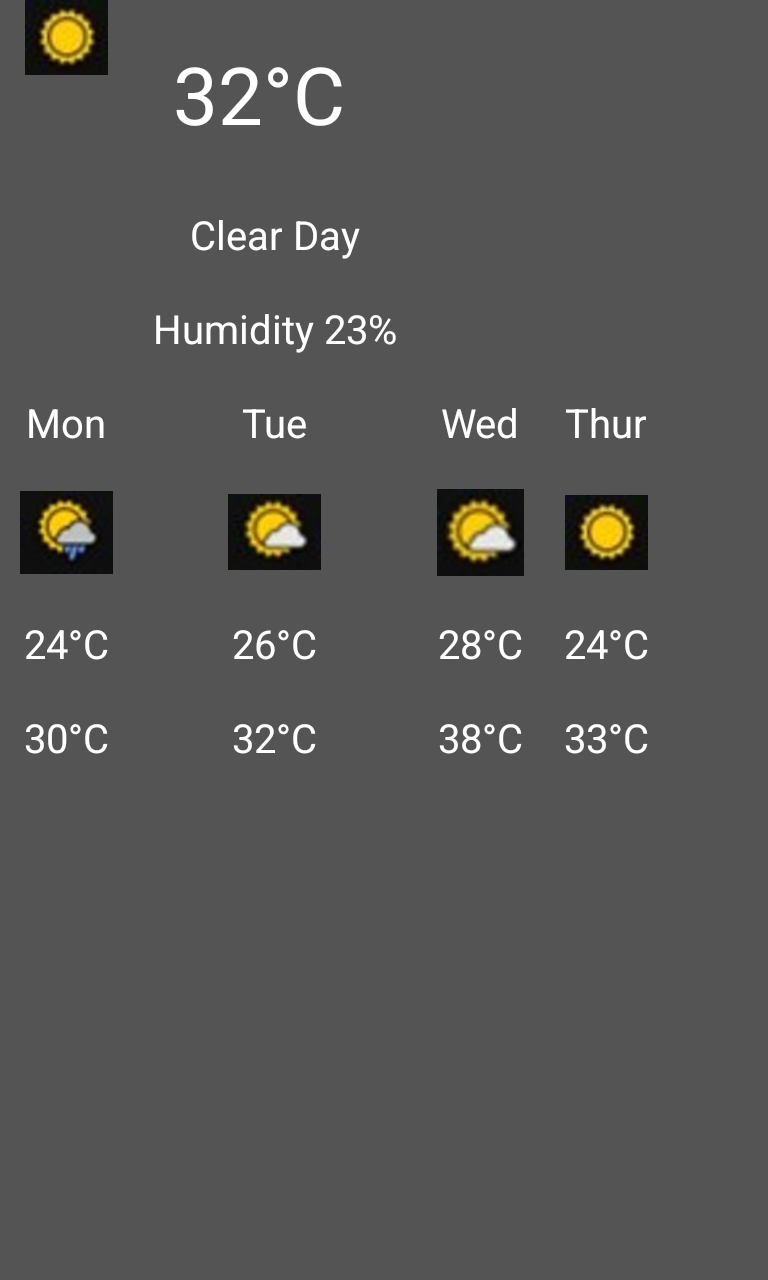
Repository: 12030121002/androideventhandling
Layout: Demo/res/layout/weather.xml
These files come from the project's save history. The layout is drawn as it stood at one moment and after the next save; the edit follows.
It is drawn on a 768 x 1280 px phone screen (xhdpi) without system bars, with theme AppTheme; the app's code is not run.

Above is the layout before, as saved 2014-12-08 05:18:20.

### Demo/res/layout/weather.xml
<?xml version="1.0" encoding="utf-8"?>
<TableLayout xmlns:android="http://schemas.android.com/apk/res/android"
    android:layout_width="match_parent"
    android:layout_height="match_parent"
    android:background="@color/grey">

     <TableRow android:layout_width="wrap_content"
	    android:layout_height="wrap_content">
	    <ImageView
        android:id="@+id/imageView1"
        android:layout_width="wrap_content"
        android:layout_height="wrap_content"
        android:src="@drawable/wednesday" />

    <TextView
        android:id="@+id/textView1"
        android:layout_width="wrap_content"
        android:layout_height="wrap_content"
   		android:text="@string/deg"
        android:textColor="@color/white"
        android:padding="20dp"
        android:textSize="40sp"
        />
    </TableRow>
  <TableRow android:layout_width="wrap_content"
	    android:layout_height="wrap_content">
    <TextView
        android:id="@+id/editText1"
        android:layout_width="wrap_content"
        android:layout_height="wrap_content"
        android:text="@string/clear"
        android:textColor="@color/white"
        android:padding="10dp"
        android:textSize="20sp"
        android:layout_gravity="center"
        android:layout_column="1"
        />
    </TableRow>
 <TableRow android:layout_width="wrap_content"
	    android:layout_height="wrap_content">
       <TextView
        android:id="@+id/editText2"
        android:layout_width="wrap_content"
        android:layout_height="wrap_content"
        android:text="@string/temp"
        android:textColor="@color/white"
        android:padding="10dp"
        android:textSize="20sp"
        android:layout_gravity="center"
     android:layout_column="1"/>

       </TableRow>

   <TableRow android:layout_width="wrap_content"
	    android:layout_height="wrap_content">

    <TextView

        android:layout_width="wrap_content"
        android:layout_height="wrap_content"
        android:text="@string/t1"
        android:textColor="@color/white"
        android:padding="10dp"
        android:textSize="20sp"
        android:layout_gravity="center"
        />

    <TextView
        android:layout_width="wrap_content"
        android:layout_height="wrap_content"
        android:text="@string/t2"
        android:textColor="@color/white"
        android:padding="10dp"
        android:textSize="20sp"
        android:layout_gravity="center"
       />
   <TextView
        android:layout_width="wrap_content"
        android:layout_height="wrap_content"
        android:text="@string/t3"
        android:textColor="@color/white"
        android:padding="10dp"
        android:textSize="20sp"
        android:layout_gravity="center"
       />
   <TextView
        android:layout_width="wrap_content"
        android:layout_height="wrap_content"
        android:text="@string/t4"
        android:textColor="@color/white"
        android:padding="10dp"
        android:textSize="20sp"
        android:layout_gravity="center"
       />
</TableRow>

 <TableRow android:layout_width="wrap_content"
	    android:layout_height="wrap_content">


    <ImageView
        android:id="@+id/imageView3"
        android:layout_width="wrap_content"
        android:layout_height="wrap_content"
        android:src="@drawable/tuesday"
        android:layout_gravity="center"
        android:padding="10dp"/>

    <ImageView
        android:id="@+id/imageView2"
        android:layout_width="wrap_content"
        android:layout_height="wrap_content"
        android:src="@drawable/monday"
        android:layout_gravity="center"
        android:padding="10dp"/>

    <ImageView
        android:id="@+id/imageView5"
        android:layout_width="wrap_content"
        android:layout_height="wrap_content"
        android:src="@drawable/thursday"
        android:layout_gravity="center"
        android:padding="10dp"/>

    <ImageView
        android:id="@+id/imageView4"
        android:layout_width="wrap_content"
        android:layout_height="wrap_content"
        android:src="@drawable/wednesday"
        android:layout_gravity="center"
        android:padding="10dp" />

   </TableRow>

<TableRow android:layout_width="wrap_content"
	    android:layout_height="wrap_content">
   <TextView

        android:layout_width="wrap_content"
        android:layout_height="wrap_content"
         android:text="@string/one"
        android:textColor="@color/white"
        android:padding="10dp"
        android:textSize="20sp"
        android:layout_gravity="center"
         />


    <TextView

        android:layout_width="wrap_content"
        android:layout_height="wrap_content"
         android:text="@string/two"
        android:textColor="@color/white"
         android:padding="10dp"
        android:textSize="20sp"
        android:layout_gravity="center"
        />


    <TextView

        android:layout_width="wrap_content"
        android:layout_height="wrap_content"
         android:text="@string/three"
        android:textColor="@color/white"
         android:padding="10dp"
        android:textSize="20sp"
        android:layout_gravity="center"
         />

    <TextView

        android:layout_width="wrap_content"
        android:layout_height="wrap_content"
         android:text="@string/four"
        android:textColor="@color/white"
         android:padding="10dp"
        android:textSize="20sp"
        android:layout_gravity="center"
         />
    </TableRow>
    <TableRow android:layout_width="wrap_content"
	    android:layout_height="wrap_content">
   <TextView

        android:layout_width="wrap_content"
        android:layout_height="wrap_content"
         android:text="@string/five"
        android:textColor="@color/white"
        android:padding="10dp"
        android:textSize="20sp"
        android:layout_gravity="center"
         />


    <TextView

        android:layout_width="wrap_content"
        android:layout_height="wrap_content"
         android:text="@string/six"
        android:textColor="@color/white"
         android:padding="10dp"
        android:textSize="20sp"
        android:layout_gravity="center"
        />


    <TextView

        android:layout_width="wrap_content"
        android:layout_height="wrap_content"
         android:text="@string/seven"
        android:textColor="@color/white"
         android:padding="10dp"
        android:textSize="20sp"
        android:layout_gravity="center"
         />

    <TextView

        android:layout_width="wrap_content"
        android:layout_height="wrap_content"
         android:text="@string/eight"
        android:textColor="@color/white"
         android:padding="10dp"
        android:textSize="20sp"
        android:layout_gravity="center"
         />
    </TableRow>


</TableLayout>

### Demo/res/values/strings.xml
<?xml version="1.0" encoding="utf-8"?>
<resources>

    <string name="app_name">Demo</string>
    <string name="action_settings">Settings</string>
    <string name="hello_world">Hello world!</string>
	<string name="title"> WELCOME!! \m/ </string>
	<string name="Welcome">Welcome</string>
	<color name="red">#ff0000</color>
	<string name="click_here">Click here</string>
	<string name="bca">BCA</string>
	<color name="grey">#545454</color>
	<string name="one">24°C</string>
	<color name="white">#ffffff</color>
	<string name="two">26°C</string>
	<string name="three">28°C</string>
	<string name="four">24°C</string>
		<string name="five">30°C</string>
	<string name="six">32°C</string>
	<string name="seven">38°C</string>
	<string name="eight">33°C</string>
	<string name="t1">Mon</string>
	<string name="t2">Tue</string>
	<string name="t3">Wed</string>
	<string name="t4" >Thur</string>
	<string name="clear">Clear Day</string>
	<string name="temp">Humidity 23%</string>
	<string name="deg">32°C</string>
</resources>

Loaded but not shown: Demo/res/values/styles.xml (common file); Demo/res/values-v11/styles.xml (common file); Demo/res/values-v14/styles.xml (common file)

After the next save:
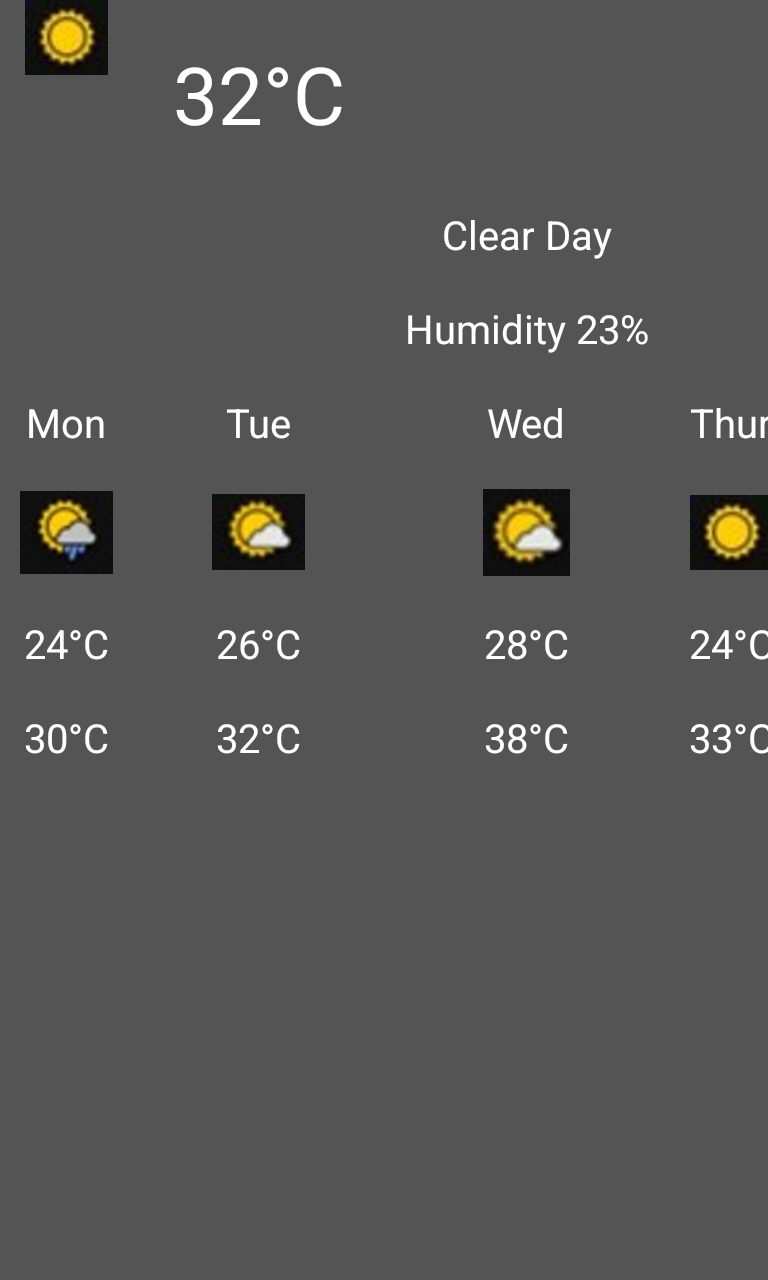
Saved 30 s later.
--- a/Demo/res/layout/weather.xml
+++ b/Demo/res/layout/weather.xml
@@ -33,7 +33,7 @@
         android:padding="10dp"
         android:textSize="20sp"
         android:layout_gravity="center"
-        android:layout_column="1"
+        android:layout_column="2"
         />
     </TableRow>
  <TableRow android:layout_width="wrap_content"
@@ -47,7 +47,7 @@
         android:padding="10dp"
         android:textSize="20sp"
         android:layout_gravity="center"
-     android:layout_column="1"/>
+     android:layout_column="2"/>
 
        </TableRow>
 

After the save that followed:
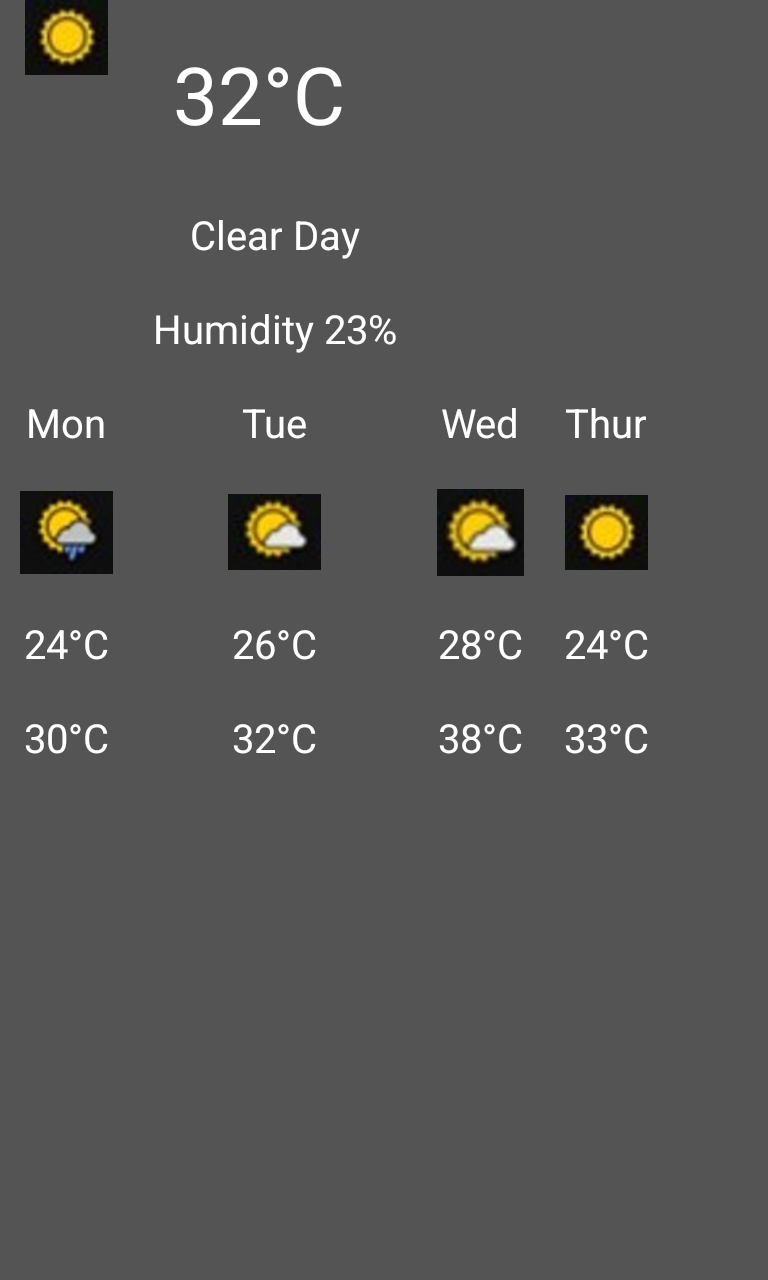
Saved 24 s later.
--- a/Demo/res/layout/weather.xml
+++ b/Demo/res/layout/weather.xml
@@ -33,7 +33,7 @@
         android:padding="10dp"
         android:textSize="20sp"
         android:layout_gravity="center"
-        android:layout_column="2"
+        android:layout_column="1"
         />
     </TableRow>
  <TableRow android:layout_width="wrap_content"
@@ -47,7 +47,7 @@
         android:padding="10dp"
         android:textSize="20sp"
         android:layout_gravity="center"
-     android:layout_column="2"/>
+     android:layout_column="1"/>
 
        </TableRow>
 
